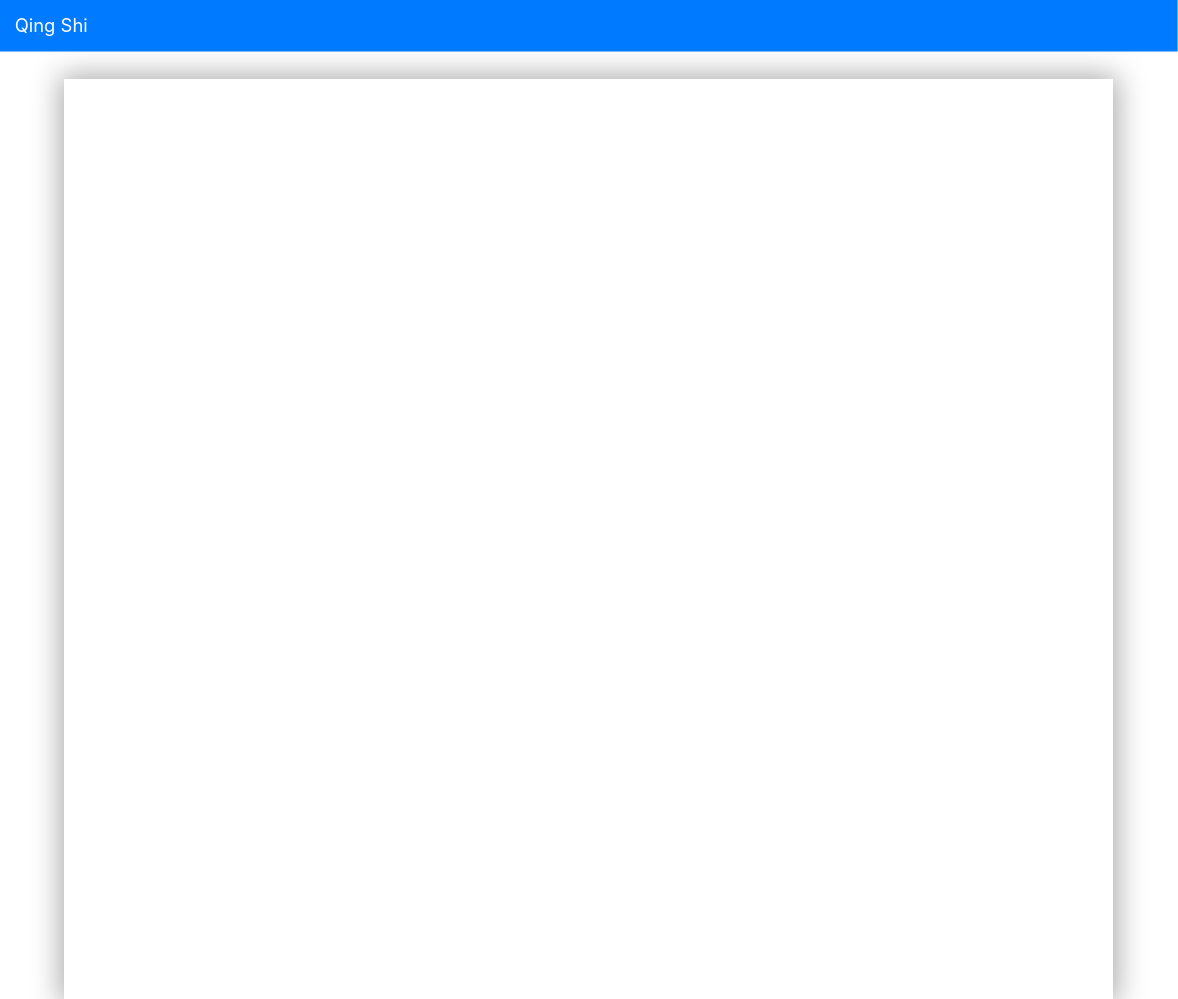
Repository: sqsssq/webpage
Page: index.html
The author's editor kept a copy of each file at every save. The page is drawn from the files as they stood at one save, then again after the next save.
The browser window is 1280 px wide. The pictures show the whole page, at 92% of full size.
Some web libraries are served in a nearby version.

Above is the page before, as saved 2022-03-27 20:48:25.

### index.html
<!--
 * @Author: Qing Shi
 * @LastEditTime: 2022-03-27 20:48:25
 * @Knowledge:
 * @Description: my homepage
 * @Attention:
-->
<!doctype html>
<html lang="zh-CN">

<head>
    <!-- 必须的 meta 标签 -->
    <meta charset="utf-8">
    <meta name="viewport" content="width=device-width, initial-scale=1, shrink-to-fit=no">
    <title>Qing Shi</title>

    <!-- 新 Bootstrap4 核心 CSS 文件 -->
    <link rel="stylesheet" href="https://cdn.staticfile.org/twitter-bootstrap/4.3.1/css/bootstrap.min.css">

    <!-- jQuery文件。务必在bootstrap.min.js 之前引入 -->
    <script src="https://cdn.staticfile.org/jquery/3.2.1/jquery.min.js"></script>

    <!-- bootstrap.bundle.min.js 用于弹窗、提示、下拉菜单，包含了 popper.min.js -->
    <script src="https://cdn.staticfile.org/popper.js/1.15.0/umd/popper.min.js"></script>

    <!-- 最新的 Bootstrap4 核心 JavaScript 文件 -->
    <script src="https://cdn.staticfile.org/twitter-bootstrap/4.3.1/js/bootstrap.min.js"></script>

    <link rel="stylesheet" href="css/index.css">
    <link rel="shortcut icon" href="icon/bitbug_favicon.ico" />
</head>

<body>

    <nav class="navbar  navbar-dark bg-primary"">
        <a class="navbar-brand" href="#">
            Qing Shi
        </a>

        <button type="button" class="btn btn-outline-primary">中/EN</button>
    </nav>

    <div class="container framework">
        <!-- Image and text -->
    </div>
</body>

</html>

### css/index.css
* {
    margin: 0;
    padding: 0;
}

body {
    /* font-family:Georia,serif; */
    background: #ffffff;
    /* font-weight:bold; */
    /* font-size:15px; */
    /* color:#333;
    overflow: hidden; */
    -webkit-font-smoothing: antialiased;
}

.framework {
    height: 1000px;
    margin-top: 30px;
    /* border-color: black; */
    /* border-width: 3px; */
    /* border-style: solid; */
    box-shadow: darkgrey 0px 0px 30px 5px ;
}


/*chrome--------------------------------------------start*/
::-webkit-scrollbar {
    width: 8px;
    height: 8px;
}

/* Track */
::-webkit-scrollbar-track {
    background: #ffffff;
    border-radius: 8px;
}

/* Handle */
::-webkit-scrollbar-thumb {
    background: rgb(201, 201, 202);
    border-radius: 8px;
}

/* Handle on hover */
::-webkit-scrollbar-thumb:hover {
    background: rgb(162, 162, 163);
}

.el-menu::-webkit-scrollbar,
.el-table__body-wrapper::-webkit-scrollbar {
    display: none;
}

.el-menu:hover::-webkit-scrollbar,
.el-table__body-wrapper:hover::-webkit-scrollbar {
    display: block;
}

/*chrome--------------------------------------------end*/

After the next save:
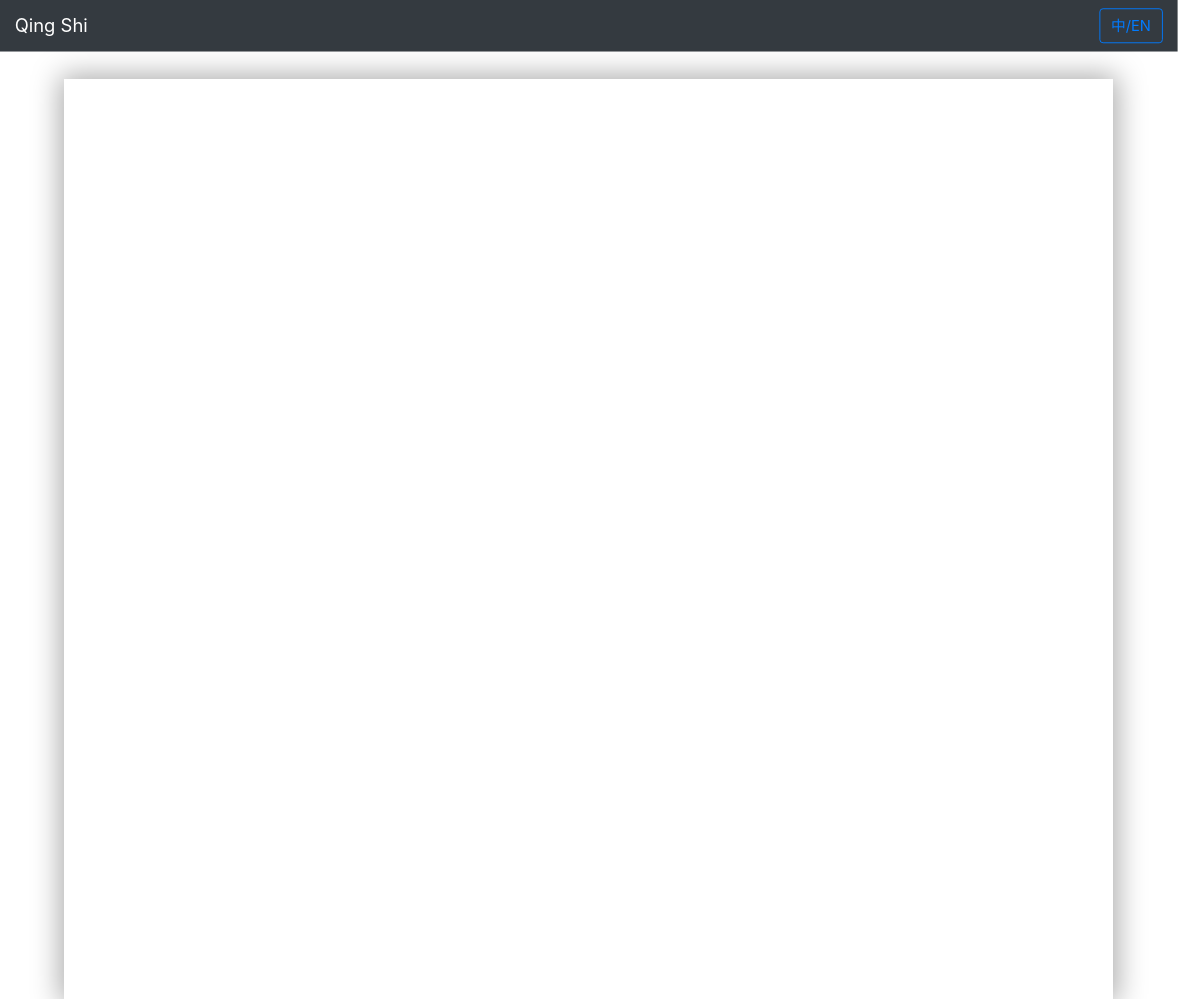
Saved 19 s later.
--- a/index.html
+++ b/index.html
@@ -32,7 +32,7 @@
 
 <body>
 
-    <nav class="navbar  navbar-dark bg-primary"">
+    <nav class="navbar  navbar-dark bg-dark">
         <a class="navbar-brand" href="#">
             Qing Shi
         </a>
